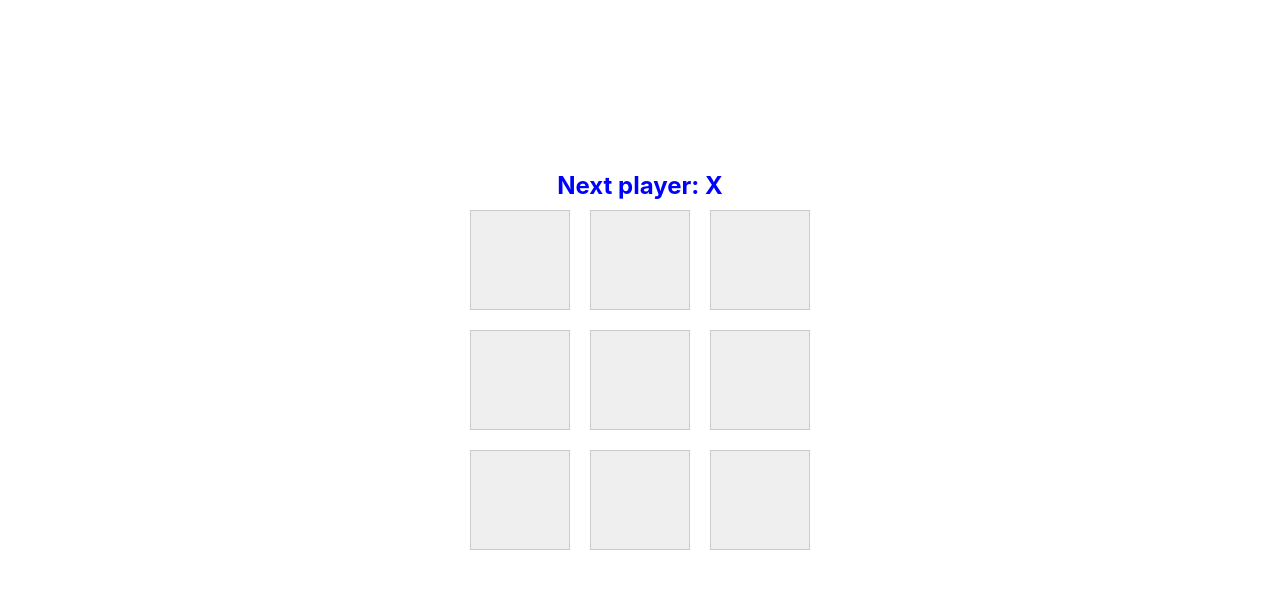
Repository: sedat-akdogan/React_Revision
Page: / (app in tic-tac-toe/)
These files come from the project's save history. The page is drawn as it stood at one moment and after the next save; the edit follows.
The browser window is 1280 px wide. The pictures show the whole page.
The project was rebuilt for these pictures with package versions that can differ from the ones it lists, and the page was loaded fresh each time.

Above is the page before, as saved 2023-05-13 00:51:56.

### tic-tac-toe/src/index.css
body {
    margin: 0;
    font-family: -apple-system, BlinkMacSystemFont, 'Segoe UI', 'Roboto', 'Oxygen',
        'Ubuntu', 'Cantarell', 'Fira Sans', 'Droid Sans', 'Helvetica Neue',
        sans-serif;
    -webkit-font-smoothing: antialiased;
    -moz-osx-font-smoothing: grayscale;
}

code {
    font-family: source-code-pro, Menlo, Monaco, Consolas, 'Courier New',
        monospace;
}

.main {
    display: flex;
    flex-direction: column;
    align-items: center;
    justify-content: center;
    height: 100vh;
    background-color: ;
}

.square {
    width: 100px;
    height: 100px;
    font-size: 50px;
    border: 1px solid #ccc;
    display: inline-block;
    justify-content: center;
    align-items: center;
}

.board-row {
    display: flex;
}

.board-row .square {
    margin: 10px;
}

.board-row:last-child .square {
    margin-bottom: 0;
}

.status {
    color: blue;
    font-size: 24px;
    font-weight: bold;
}

### tic-tac-toe/src/App.js
import { useState } from 'react';


function Square({ value, onSquareClick }) {
    return (
        <button className="square" onClick={onSquareClick}>
            {value}
        </button>
    );
}

export default function Board() {
    const [xIsNext, setXIsNext] = useState(true);
    const [squares, setSquares] = useState(Array(9).fill(null));

    function handleClick(i) {
        if (squares[i] || calculateWinner(squares)) {
            return;
        }
        const nextSquares = squares.slice();
        if (xIsNext) {
            nextSquares[i] = 'X';
        } else {
            nextSquares[i] = 'O';
        }
        setSquares(nextSquares);
        setXIsNext(!xIsNext);
    }

    const winner = calculateWinner(squares);
    let status;
    if (winner) {
        status = "Winner: " + winner;
    } else {
        status = "Next player: " + (xIsNext ? "X" : "O");
    }

    return (
        <div className='main'>
            <div className="status">{status}</div>
            <div className="board-row">
                <Square value={squares[0]} onSquareClick={() => handleClick(0)} />
                <Square value={squares[1]} onSquareClick={() => handleClick(1)} />
                <Square value={squares[2]} onSquareClick={() => handleClick(2)} />
            </div>
            <div className="board-row">
                <Square value={squares[3]} onSquareClick={() => handleClick(3)} />
                <Square value={squares[4]} onSquareClick={() => handleClick(4)} />
                <Square value={squares[5]} onSquareClick={() => handleClick(5)} />
            </div>
            <div className="board-row">
                <Square value={squares[6]} onSquareClick={() => handleClick(6)} />
                <Square value={squares[7]} onSquareClick={() => handleClick(7)} />
                <Square value={squares[8]} onSquareClick={() => handleClick(8)} />
            </div>
        </div>
    );
}

function calculateWinner(squares) {
    const lines = [
        [0, 1, 2],
        [3, 4, 5],
        [6, 7, 8],
        [0, 3, 6],
        [1, 4, 7],
        [2, 5, 8],
        [0, 4, 8],
        [2, 4, 6]
    ];
    for (let i = 0; i < lines.length; i++) {
        const [a, b, c] = lines[i];
        if (squares[a] && squares[a] === squares[b] && squares[a] === squares[c]) {
            return squares[a];
        }
    }
    return null;
}

Loaded but not shown: tic-tac-toe/public/index.html (common file); tic-tac-toe/src/index.js (common file); tic-tac-toe/src/reportWebVitals.js (common file)

After the next save:
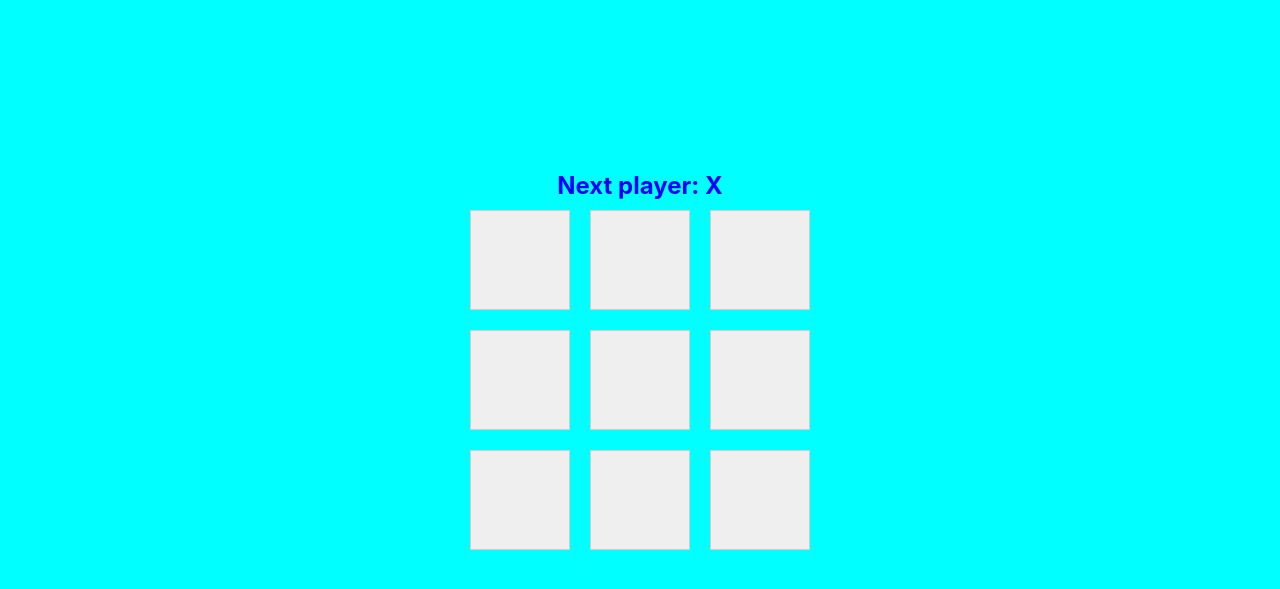
Saved 5 s later.
--- a/tic-tac-toe/src/index.css
+++ b/tic-tac-toe/src/index.css
@@ -18,7 +18,7 @@ code {
     align-items: center;
     justify-content: center;
     height: 100vh;
-    background-color: ;
+    background-color: aqua;
 }
 
 .square {
